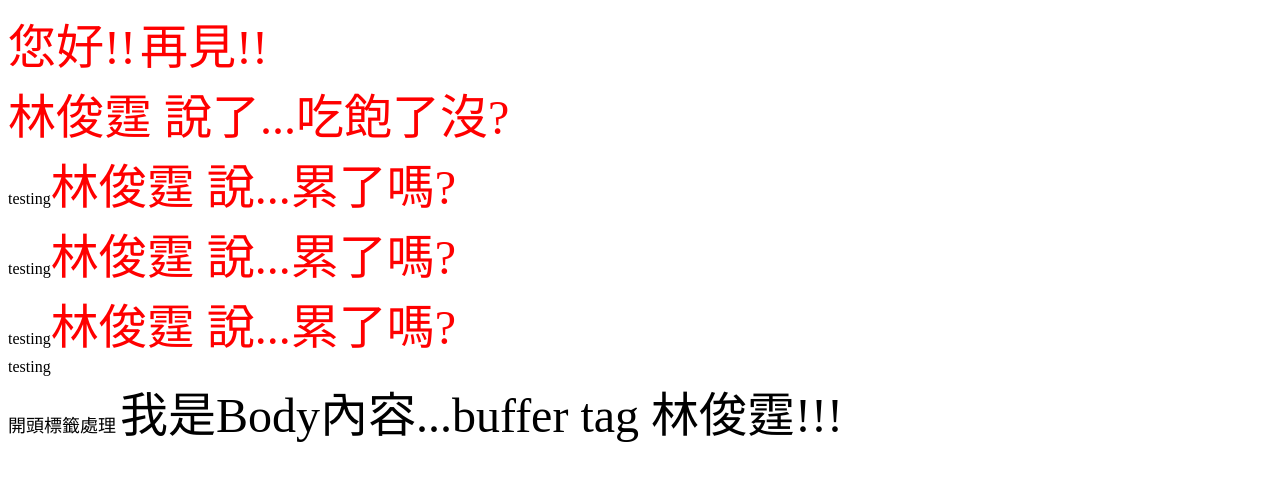
Repository: JunTingLin/web0620
Page: http://localhost/myWeb/testcustomizetag.jsp
The author's editor kept a copy of each file at every save. The page is drawn from the files as they stood at one save, then again after the next save.
The browser window is 1280 px wide. The pictures show the whole page.
The page is served by Tomcat 9. Other server files are loaded and not shown.

Above is the page before, as saved 2022-06-25 18:33:41.

### myWeb/src/main/webapp/testcustomizetag.jsp
<%@ page language="java" contentType="text/html; charset=UTF-8"
    pageEncoding="UTF-8"%>
<%@ taglib prefix="junting" uri="http://www.junting.com.tw/tags" %>
<%@ taglib prefix="c" uri="http://java.sun.com/jsp/jstl/core" %>
<!DOCTYPE html>
<html>
<head>
<meta charset="UTF-8">
<title>Insert title here</title>
</head>
<body>
	<c:set var="myname" value="林俊霆"></c:set>
	<junting:hello/>
	<br>
	<junting:whoHello information="吃飽了沒?" who="${ myname }"/>
	<br>
	<junting:whoLoopHello counter="3" information="累了嗎?" who="${ myname }">testing</junting:whoLoopHello>
	<br>
	<!-- 中間可搭配EL抓進去處理 -->
	<junting:bufferTag>buffer tag ${ myname }!!!</junting:bufferTag>
</body>
</html>

### myWeb/src/main/java/com/gjun/tags/HelloWorldTagHandler.java
package com.gjun.tags;



import java.io.IOException;

import javax.servlet.jsp.JspException;
import javax.servlet.jsp.JspWriter;
import javax.servlet.jsp.PageContext;
import javax.servlet.jsp.tagext.Tag;

public class HelloWorldTagHandler implements Tag{

	private PageContext pageContext;

	@Override
	public int doEndTag() throws JspException {
		JspWriter out = this.pageContext.getOut();
		try {
			out.println("<font size='7' color='red'>再見!!</font>");
		} catch (IOException e) {
			// TODO Auto-generated catch block
			e.printStackTrace();
		}
		return Tag.EVAL_PAGE;
	}

	@Override
	public int doStartTag() throws JspException {
		JspWriter out = this.pageContext.getOut();
		try {
			out.println("<font size='7' color='red'>您好!!</font>");
		} catch (IOException e) {
			// TODO Auto-generated catch block
			e.printStackTrace();
		}
		return Tag.EVAL_PAGE;
	}

	@Override
	public Tag getParent() {
		// TODO Auto-generated method stub
		return null;
	}

	@Override
	public void release() {
		// TODO Auto-generated method stub

	}

	@Override
	public void setPageContext(PageContext pageContext) {
		this.pageContext=pageContext;

	}

	@Override
	public void setParent(Tag t) {
		// TODO Auto-generated method stub

	}

}

### myWeb/src/main/java/com/gjun/tags/WhoHelloTagHandler.java
package com.gjun.tags;

import java.io.IOException;
import java.io.PrintWriter;

import javax.servlet.jsp.JspException;
import javax.servlet.jsp.JspWriter;
import javax.servlet.jsp.PageContext;
import javax.servlet.jsp.tagext.TagSupport;

public class WhoHelloTagHandler extends TagSupport{
	private String who;
	private String information;
	public String getWho() {
		return who;
	}
	public void setWho(String who) {
		this.who = who;
	}
	public String getInformation() {
		return information;
	}
	public void setInformation(String information) {
		this.information = information;
	}
	@Override
	public int doStartTag() throws JspException {
		PageContext pageContext = this.pageContext;
		JspWriter out = pageContext.getOut();
		String msg=String.format("<font size='7' color='red'>%s 說了...%s</font>",who,information);
		try {
			out.println(msg);
		} catch (IOException e) {
			// TODO Auto-generated catch block
			e.printStackTrace();
		}
		return EVAL_PAGE;
	}

}

### myWeb/src/main/java/com/gjun/tags/WhoHelloIterationTagHandler.java
package com.gjun.tags;

import java.io.IOException;
import java.io.PrintWriter;

import javax.servlet.jsp.JspException;
import javax.servlet.jsp.JspWriter;
import javax.servlet.jsp.PageContext;
import javax.servlet.jsp.tagext.TagSupport;

public class WhoHelloIterationTagHandler extends TagSupport {
	private String who;
	private String information;
	private int count = 1;
	// 打招呼的次數
	private int counter;

	public int getCounter() {
		return counter;
	}

	public void setCounter(int counter) {
		this.counter = counter;
	}

	public String getWho() {
		return who;
	}

	public void setWho(String who) {
		this.who = who;
	}

	public String getInformation() {
		return information;
	}

	public void setInformation(String information) {
		this.information = information;
	}

	@Override
	public int doAfterBody() throws JspException {
		if (this.count <= this.counter) {
			JspWriter out = this.pageContext.getOut();
			String msg = String.format("<font size='7' color='red'>%s 說...%s</font><br/>", who, information);
			try {
				out.println(msg);
			} catch (IOException e) {
				// TODO Auto-generated catch block
				e.printStackTrace();
			}
			count++;
			return EVAL_BODY_AGAIN;
		}else {
			return EVAL_PAGE;
		}
	}

	@Override
	public int doStartTag() throws JspException {
		return EVAL_PAGE;
	}

}

### myWeb/src/main/java/com/gjun/tags/MyBodyTagHandler.java
package com.gjun.tags;

import java.io.IOException;

import javax.servlet.jsp.JspException;
import javax.servlet.jsp.JspWriter;
import javax.servlet.jsp.PageContext;
import javax.servlet.jsp.tagext.BodyContent;
import javax.servlet.jsp.tagext.BodyTag;
import javax.servlet.jsp.tagext.Tag;

public class MyBodyTagHandler implements BodyTag{
	private PageContext pageContext;
	private Tag parent;
	private BodyContent bodyContent;

	@Override
	public int doAfterBody() throws JspException {
		JspWriter innerWriter = this.bodyContent.getEnclosingWriter();
		String sourceBody = this.bodyContent.getString();
		String msg=String.format("<font size='7'>我是Body內容...%s</font>",sourceBody);
		try {
			innerWriter.print(msg);
		} catch (IOException e) {
			// TODO Auto-generated catch block
			e.printStackTrace();
		}
		return EVAL_PAGE;
	}

	@Override
	public int doEndTag() throws JspException {
		// TODO Auto-generated method stub
		return 0;
	}

	@Override
	public int doStartTag() throws JspException {
		JspWriter out = this.pageContext.getOut();
		try {
			out.println("<font size='4'>開頭標籤處理</font>");
		} catch (IOException e) {
			// TODO Auto-generated catch block
			e.printStackTrace();
		}
		return EVAL_BODY_BUFFERED;
	}

	@Override
	public Tag getParent() {
		return this.parent;
	}

	@Override
	public void release() {
		// TODO Auto-generated method stub

	}

	@Override
	public void setPageContext(PageContext pc) {
		this.pageContext=pc;

	}

	@Override
	public void setParent(Tag parent) {
		this.parent=parent;

	}

	@Override
	public void doInitBody() throws JspException {
		// TODO Auto-generated method stub

	}

	@Override
	public void setBodyContent(BodyContent bodyContent) {
		this.bodyContent = bodyContent;

	}

}

After the next save:
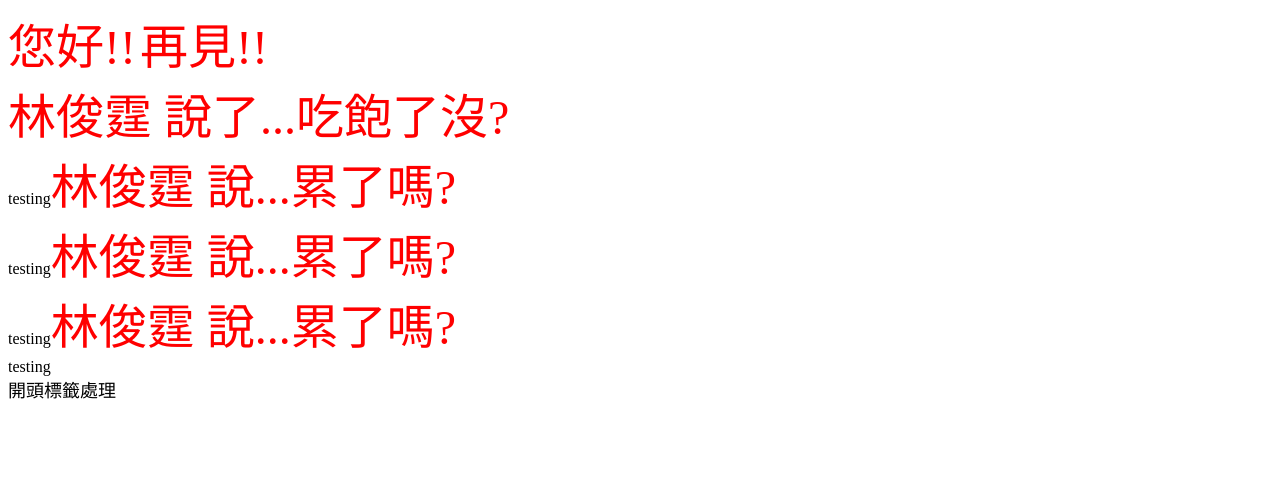
Saved 4 min 6 s later.
--- a/myWeb/src/main/webapp/testcustomizetag.jsp
+++ b/myWeb/src/main/webapp/testcustomizetag.jsp
@@ -17,6 +17,6 @@
 	<junting:whoLoopHello counter="3" information="累了嗎?" who="${ myname }">testing</junting:whoLoopHello>
 	<br>
 	<!-- 中間可搭配EL抓進去處理 -->
-	<junting:bufferTag>buffer tag ${ myname }!!!</junting:bufferTag>
+	<junting:bufferTag></junting:bufferTag>
 </body>
 </html>

After the save that followed:
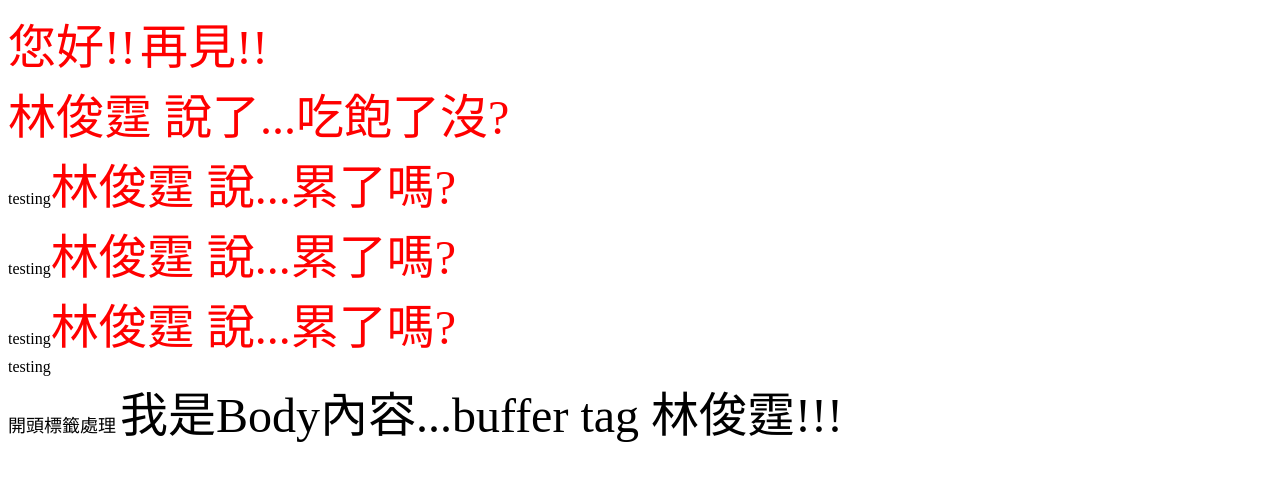
Saved 3 min 3 s later.
--- a/myWeb/src/main/webapp/testcustomizetag.jsp
+++ b/myWeb/src/main/webapp/testcustomizetag.jsp
@@ -17,6 +17,6 @@
 	<junting:whoLoopHello counter="3" information="累了嗎?" who="${ myname }">testing</junting:whoLoopHello>
 	<br>
 	<!-- 中間可搭配EL抓進去處理 -->
-	<junting:bufferTag></junting:bufferTag>
+	<junting:bufferTag>buffer tag ${ myname }!!!</junting:bufferTag>
 </body>
 </html>
